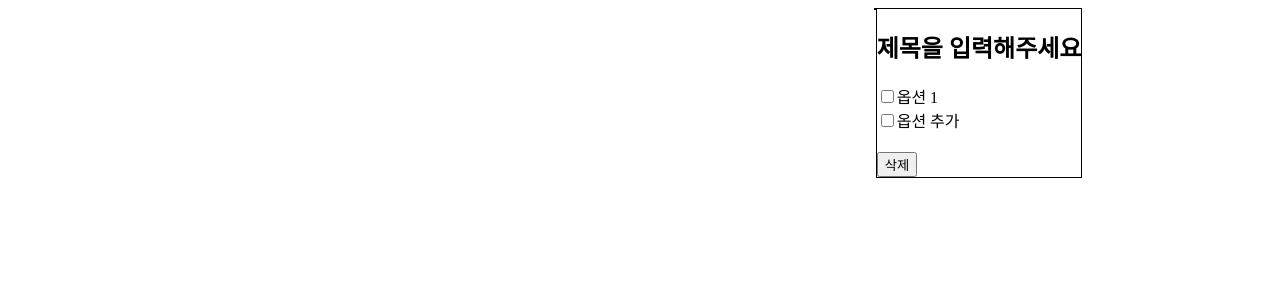
Repository: binigy97/VoteStie
Page: voteWeb/src/main/resources/static/index.html
An editor plug-in stored every save of this project. The page is shown before and after the next save, followed by the edit.
The browser window is 1280 px wide. The pictures show the whole page.

Above is the page before, as saved 2022-02-23 22:05:59.

### voteWeb/src/main/resources/static/index.html
<!DOCTYPE html>
<html lang="ko">
<head>
<meta charset="UTF-8">
<title>투표 사이트</title>
</head>
<style>
section {
	width: 70%;
	margin: 0 auto;
}
article {
	border: 1px solid black;
}
article:last-child {
	float: right;
	/* position: absolute;
	top: 20%; */
}
div > label {
	display: block;
	color: black;
}
div > label:last-child {
	margin-bottom: 20px;
}
</style>
<body>
<!-- 투표 내용 생성 -->
<section>
	<article>
		<h2>제목을 입력해주세요</h2>
		<div>
			<label><input type="checkbox" name="op1" value="옵션 1">옵션 1</label>
			<label><input type="checkbox" name="add_btn" value="옵션 추가">옵션 추가</label>
		</div>
		<div>
			<button>삭제</button>
		</div>
</article>
</section>
<!-- 투표지 추가 -->
<article>
	<!-- <button>추가</button> -->
</article>
</body>
</html>

After the next save:
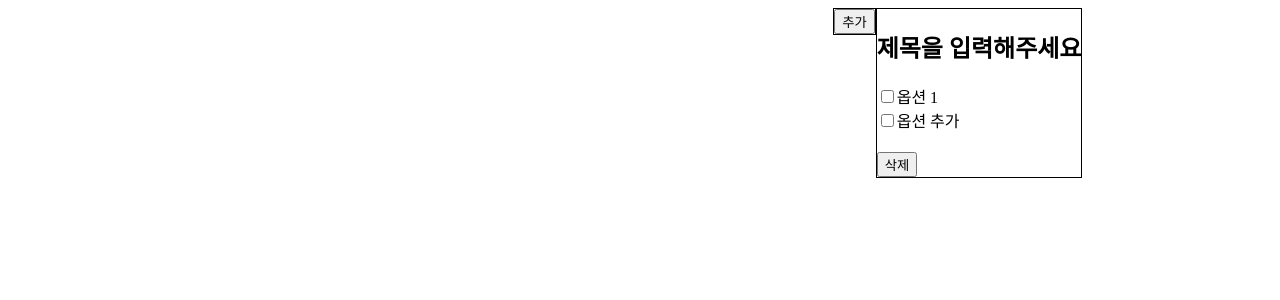
Saved 45 s later.
--- a/voteWeb/src/main/resources/static/index.html
+++ b/voteWeb/src/main/resources/static/index.html
@@ -37,11 +37,11 @@ div > label:last-child {
 		<div>
 			<button>삭제</button>
 		</div>
-</article>
+	</article>
 </section>
 <!-- 투표지 추가 -->
 <article>
-	<!-- <button>추가</button> -->
+	<button>추가</button>
 </article>
 </body>
 </html>
